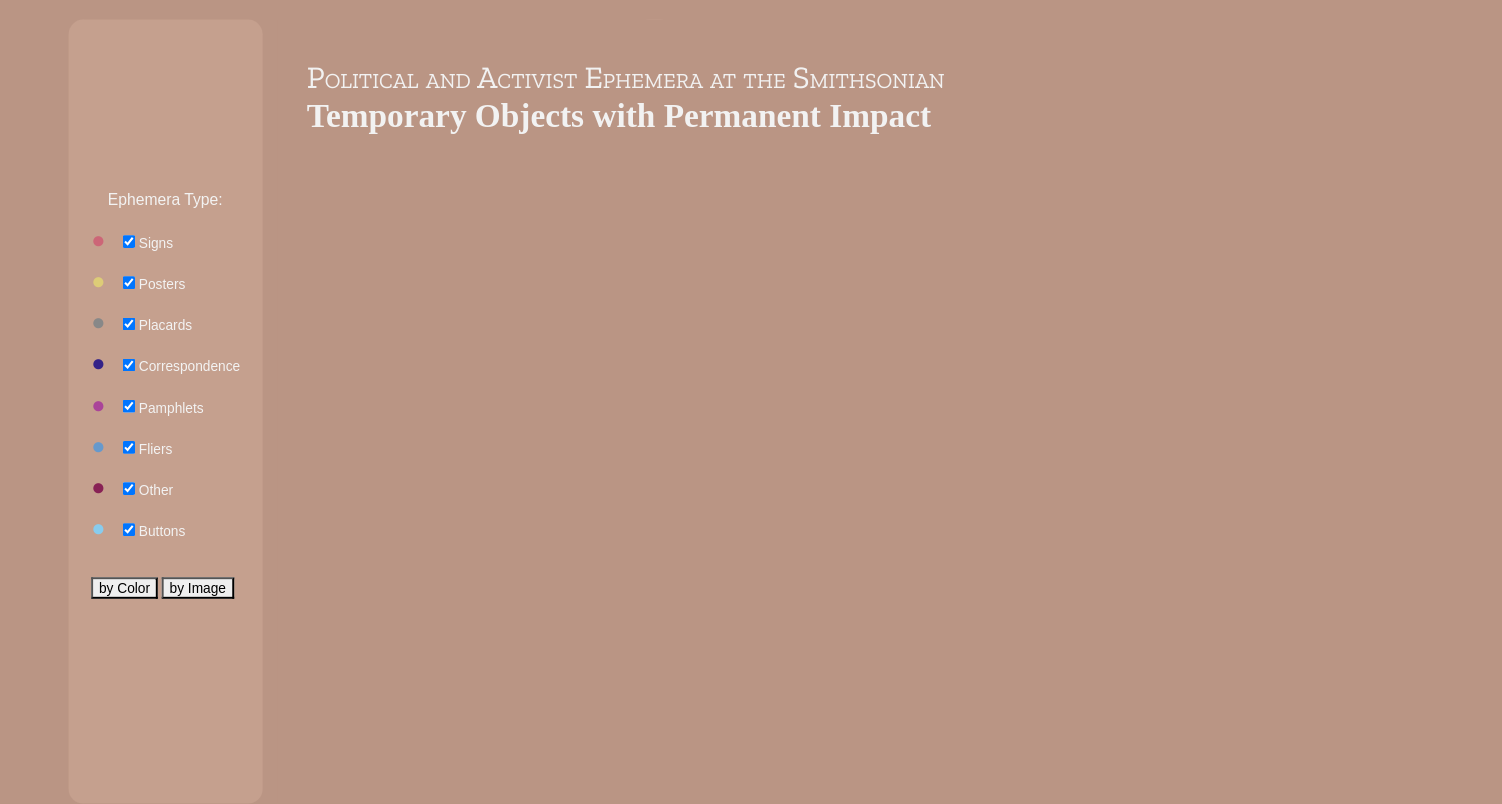
Repository: m0llyc00k/Major-studio-1
Page: Qualitative/examples-beeswarm/index-2.html
The author's editor kept a record of every edit. The page is drawn from the files as they stood at one moment, then again after the next edit.
The browser window is 1280 px wide. The page is 1533 px wide, so the pictures cover 1533 px, including what lies to the right of the window. The pictures show the whole page, at 98% of full size.
The page's requests for data from a server got no answer. Some web fonts or font styles are not loaded; a fallback is used.

Above is the page before.

After the next edit:
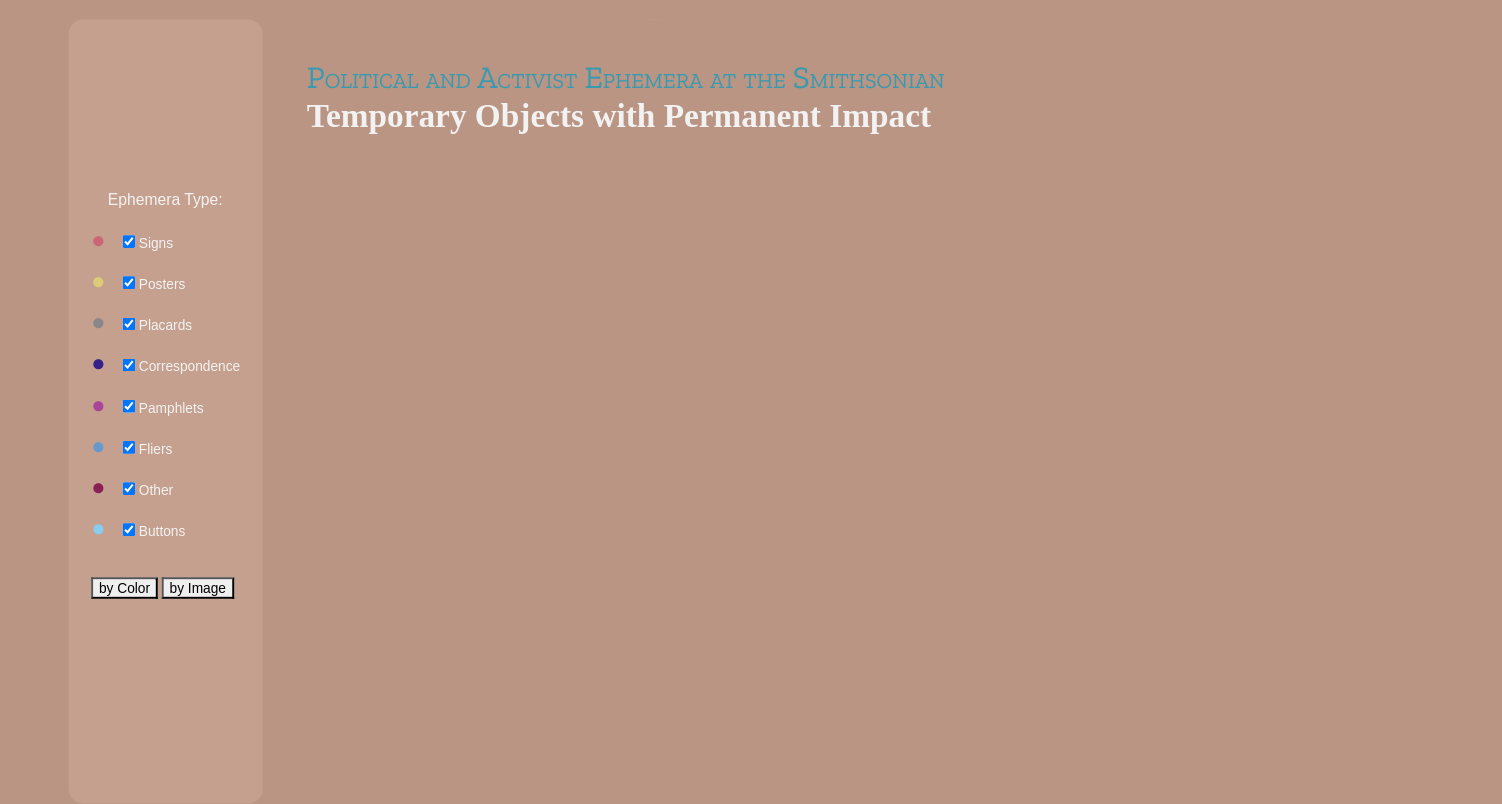
The edit:
--- a/Qualitative/examples-beeswarm/beeswarm-2.js
+++ b/Qualitative/examples-beeswarm/beeswarm-2.js
@@ -53,7 +53,7 @@
         .attr("y", 70)
         .attr("text-anchor", "left")
         .style("font-size", "32px")
-        .style("fill", "#f2f2f2")
+        .style("fill", "#379AB1")
         .style("font-family", "Zilla Slab")
         .style("font-variant", "small-caps")
         .text("Political and Activist Ephemera at the Smithsonian");
